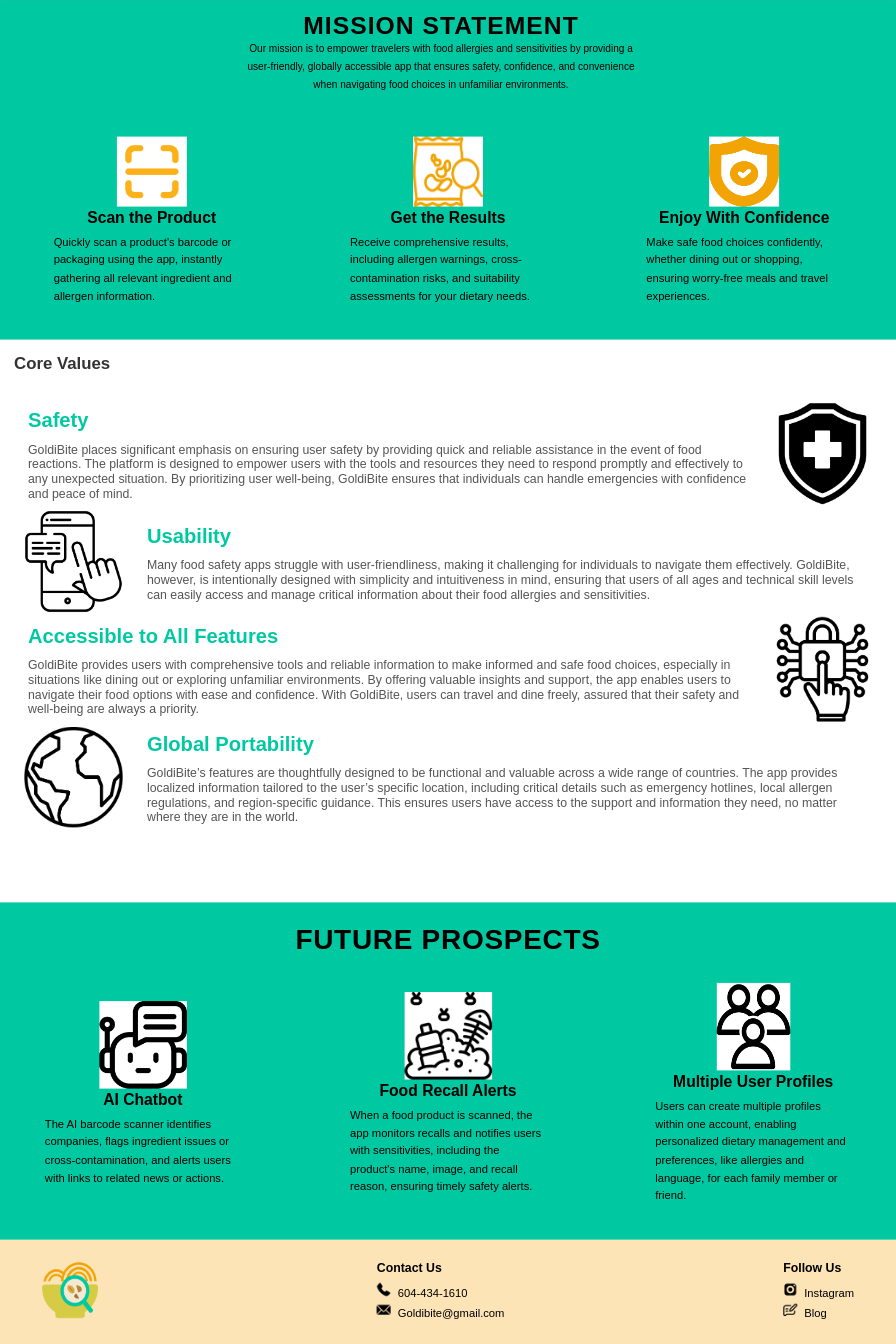
Repository: GavinPahal/landingpage
Page: /
An editor plug-in stored every save of this project. The page is shown before and after the next save, followed by the edit.
The browser window is 1280 px wide. The pictures show the part of the page from y = 733 to 2653 px (the page is 2653 px tall before and 2628 px after), at 70% of full size.
The project was rebuilt for these pictures with package versions that can differ from the ones it lists, and the page was loaded fresh each time. The framework's server and built-in components were replaced by stand-ins that run in the browser. Also part of the build but not shown: next.config.mjs.

Above is the page before, as saved 2024-11-30 20:57:56.

After the next save:
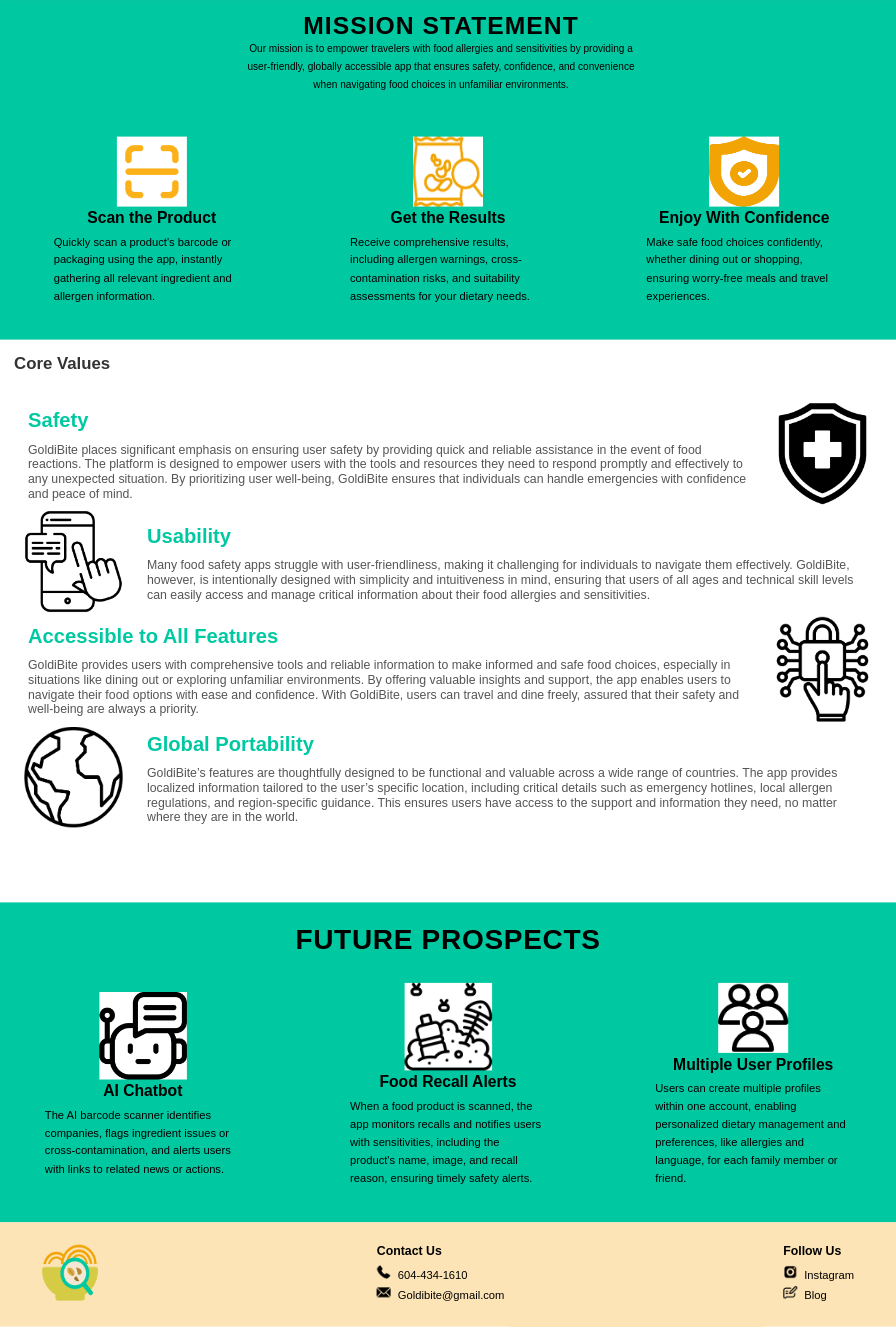
Saved 6 s later.
--- a/components/Product.js
+++ b/components/Product.js
@@ -48,8 +48,8 @@
           <Image
             src="/images/profile 1.jpg"
             alt="Feature 3"
-            width={105}
-            height={125}
+            width={100}
+            height={100}
           />
           <h3>Multiple User Profiles</h3>
           <p>
